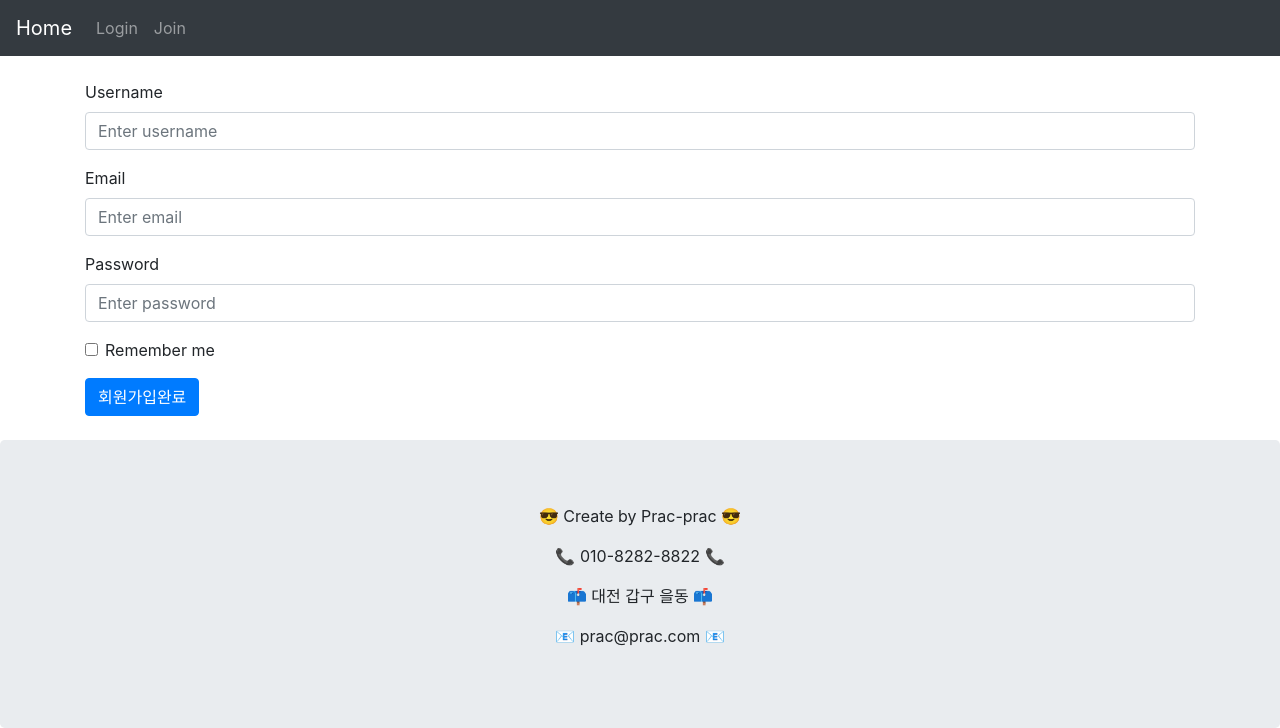
Repository: Prac-prac/Springboot-JPA-blog
Page: http://localhost/blog/WEB-INF/views/user/loginForm.jsp
The author's editor kept a copy of each file at every save. The page is drawn from the files as they stood at one save, then again after the next save.
The browser window is 1280 px wide. The pictures show the whole page.
The page is served by Tomcat 9. Nobody is signed in. Other server files are loaded and not shown. The template is opened directly, without the code that normally fills it, so the values that code supplies are empty.

Above is the page before, as saved 2021-08-21 15:25:15.

### blog/src/main/webapp/WEB-INF/views/user/loginForm.jsp
<%@ page language="java" contentType="text/html; charset=utf-8" pageEncoding="utf-8"%>

<%@ include file="../layout/header.jsp"%>

<div class="container">
	<form action="/action_page.php">
		<div class="form-group">
			<label for="username">Username</label> <input type="text" class="form-control" placeholder="Enter username" id="username">
		</div>
		<div class="form-group">
			<label for="email">Email</label> <input type="email" class="form-control" placeholder="Enter email" id="email">
		</div>
		<div class="form-group">
			<label for="pwd">Password</label> <input type="password" class="form-control" placeholder="Enter password" id="pwd">
		</div>
		<div class="form-group form-check">
			<label class="form-check-label"> <input class="form-check-input" type="checkbox"> Remember me
			</label>
		</div>
		<button type="submit" class="btn btn-primary">회원가입완료</button>
	</form>


</div>



<%@ include file="../layout/footer.jsp"%>

### blog/src/main/webapp/WEB-INF/views/layout/header.jsp
<%@ page language="java" contentType="text/html; charset=utf-8" pageEncoding="utf-8"%>
<!DOCTYPE html>
<html lang="en">
<head>
<title>엔써 블로그</title>
<meta charset="utf-8">
<meta name="viewport" content="width=device-width, initial-scale=1">
<link rel="stylesheet" href="https://maxcdn.bootstrapcdn.com/bootstrap/4.5.2/css/bootstrap.min.css">
</head>
<body>

	<nav class="navbar navbar-expand-md bg-dark navbar-dark">
		<a class="navbar-brand" href="/blog">Home</a>
		<button class="navbar-toggler" type="button" data-toggle="collapse" data-target="#collapsibleNavbar">
			<span class="navbar-toggler-icon"></span>
		</button>
		<div class="collapse navbar-collapse" id="collapsibleNavbar">
			<ul class="navbar-nav">
				<li class="nav-item"><a class="nav-link" href="/blog/user/loginForm">Login</a></li>
				<li class="nav-item"><a class="nav-link" href="/blog/user/joinForm">Join</a></li>
			</ul>
		</div>
	</nav>
	<br />

### blog/src/main/webapp/WEB-INF/views/layout/footer.jsp
<%@ page language="java" contentType="text/html; charset=utf-8" pageEncoding="utf-8"%>

<br />
<div class="jumbotron text-center" style="margin-bottom: 0">
	<p>😎&nbsp;Create by Prac-prac&nbsp;😎</p>
	<p>📞&nbsp;010-8282-8822&nbsp;📞</p>
	<p>📫&nbsp;대전 갑구 을동&nbsp;📫</p>
	<p>📧&nbsp;prac@prac.com&nbsp;📧</p>
</div>

<script src="https://ajax.googleapis.com/ajax/libs/jquery/3.5.1/jquery.min.js"></script>
<script src="https://cdnjs.cloudflare.com/ajax/libs/popper.js/1.16.0/umd/popper.min.js"></script>
<script src="https://maxcdn.bootstrapcdn.com/bootstrap/4.5.2/js/bootstrap.min.js"></script>

</body>
</html>

After the next save:
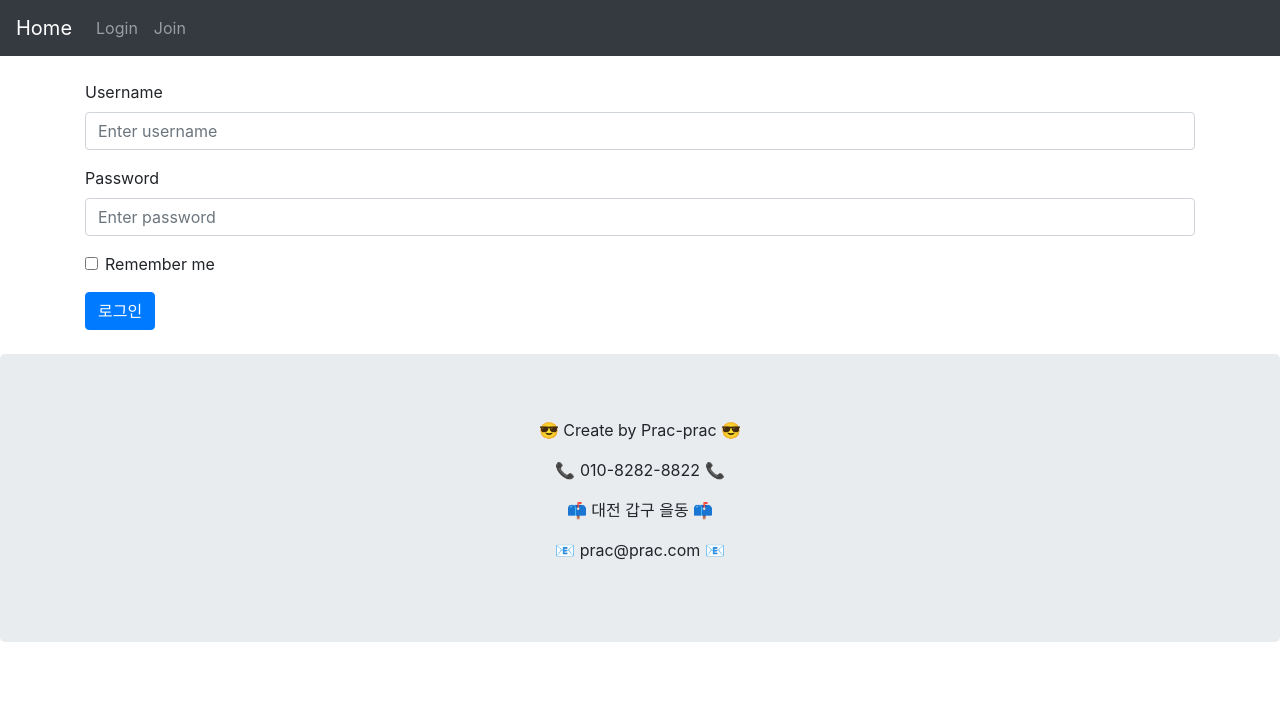
Saved 86 s later.
--- a/blog/src/main/webapp/WEB-INF/views/user/loginForm.jsp
+++ b/blog/src/main/webapp/WEB-INF/views/user/loginForm.jsp
@@ -8,16 +8,13 @@
 			<label for="username">Username</label> <input type="text" class="form-control" placeholder="Enter username" id="username">
 		</div>
 		<div class="form-group">
-			<label for="email">Email</label> <input type="email" class="form-control" placeholder="Enter email" id="email">
-		</div>
-		<div class="form-group">
 			<label for="pwd">Password</label> <input type="password" class="form-control" placeholder="Enter password" id="pwd">
 		</div>
 		<div class="form-group form-check">
 			<label class="form-check-label"> <input class="form-check-input" type="checkbox"> Remember me
 			</label>
 		</div>
-		<button type="submit" class="btn btn-primary">회원가입완료</button>
+		<button type="submit" class="btn btn-primary">로그인</button>
 	</form>
 
 
